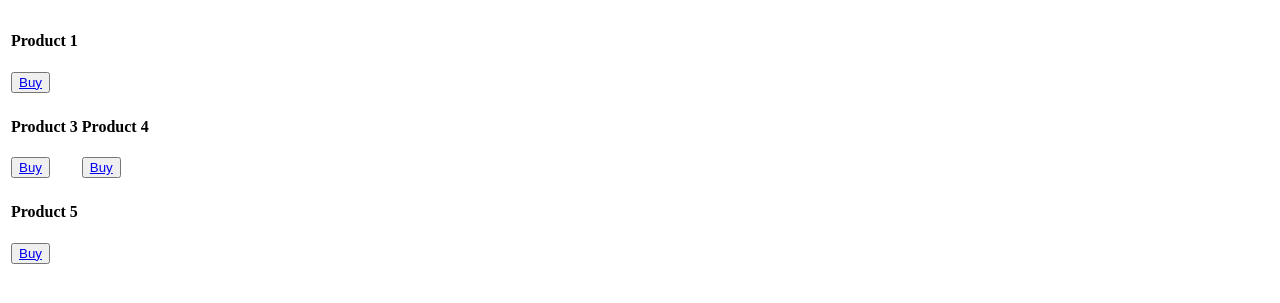
Repository: sowmini-nats/git-spring-project
Page: eclipse-workspace-servlet/MyDemoP/src/main/webapp/ProductPage.html
These files come from the project's save history. The page is drawn as it stood at one moment and after the next save; the edit follows.
The browser window is 1280 px wide. The pictures show the whole page.

Above is the page before, as saved 2023-10-16 05:03:17.

### eclipse-workspace-servlet/MyDemoP/src/main/webapp/ProductPage.html
<!DOCTYPE html>
<html>
<head>
<meta charset="ISO-8859-1">
<title>Product Page</title>
</head>
<body>
	<div>
		<table>
			<tbody>
				<tr>
					<td><div><h4>Product 1</h4><button><a href="/MyDemoP/ConfirmationServlet?name=product1>Buy</a></button></div></td>
					<td><div><h4>Product 2</h4><button><a href="/MyDemoP/ConfirmationServlet">Buy</a></button></div></td>
				</tr>
				<tr>
					<td><div><h4>Product 3</h4><button><a href="/MyDemoP/ConfirmationServlet">Buy</a></button></div></td>
					<td><div><h4>Product 4</h4><button><a href="/MyDemoP/ConfirmationServlet">Buy</a></button></td>
				</tr>
				<tr>
					<td><div><h4>Product 5</h4><button><a href="/MyDemoP/ConfirmationServlet">Buy</a></button></td>
				</tr>
			</tbody>
		</table>
	</div>
</body>
</html>

After the next save:
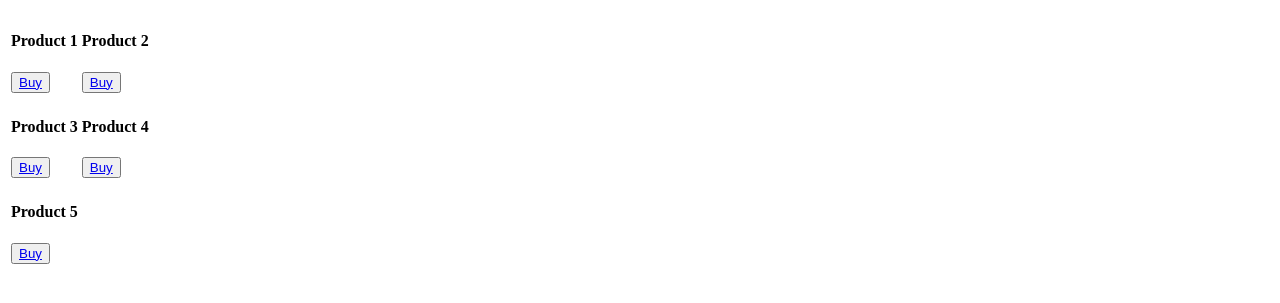
Saved 38 s later.
--- a/eclipse-workspace-servlet/MyDemoP/src/main/webapp/ProductPage.html
+++ b/eclipse-workspace-servlet/MyDemoP/src/main/webapp/ProductPage.html
@@ -9,7 +9,7 @@
 		<table>
 			<tbody>
 				<tr>
-					<td><div><h4>Product 1</h4><button><a href="/MyDemoP/ConfirmationServlet?name=product1>Buy</a></button></div></td>
+					<td><div><h4>Product 1</h4><button><a href="/MyDemoP/ConfirmationServlet?name=product1">Buy</a></button></div></td>
 					<td><div><h4>Product 2</h4><button><a href="/MyDemoP/ConfirmationServlet">Buy</a></button></div></td>
 				</tr>
 				<tr>
